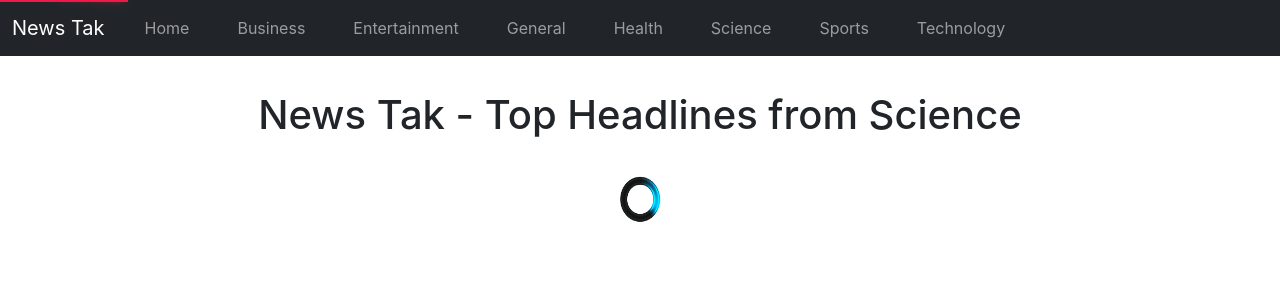
Repository: Rohit-foryou/News-website
Page: /science
These files come from the project's save history. The page is drawn as it stood at one moment and after the next save; the edit follows.
The browser window is 1280 px wide. The pictures show the whole page.
The page's requests for data from a server got no answer. The project was rebuilt for these pictures with package versions that can differ from the ones it lists, and the page was loaded fresh each time. No one was signed in, and anything a server would have sent is missing. Also part of the build but not shown: src/Components/NewsItem.js.

Above is the page before, as saved 2024-01-11 22:43:15.

### public/index.html
<!DOCTYPE html>
<html lang="en">
  <head>
    <meta charset="utf-8" />
    <link rel="icon" href="%PUBLIC_URL%/favicon.ico" />
    <meta name="viewport" content="width=device-width, initial-scale=1" />
    <meta name="theme-color" content="#000000" />
    <meta
      name="description"
      content="News Tak is used to see latest news fast and easy"
    />
    <link rel="apple-touch-icon" href="%PUBLIC_URL%/logo192.png" />
    <!--
      manifest.json provides metadata used when your web app is installed on a
      user's mobile device or desktop. See https://developers.google.com/web/fundamentals/web-app-manifest/
    -->
    <link rel="manifest" href="%PUBLIC_URL%/manifest.json" />
    <!--
      Notice the use of %PUBLIC_URL% in the tags above.
      It will be replaced with the URL of the `public` folder during the build.
      Only files inside the `public` folder can be referenced from the HTML.

      Unlike "/favicon.ico" or "favicon.ico", "%PUBLIC_URL%/favicon.ico" will
      work correctly both with client-side routing and a non-root public URL.
      Learn how to configure a non-root public URL by running `npm run build`.
    -->
    <title>News Tak</title>
    <link href="https://cdn.jsdelivr.net/npm/bootstrap@5.3.2/dist/css/bootstrap.min.css" rel="stylesheet" integrity="sha384-T3c6CoIi6uLrA9TneNEoa7RxnatzjcDSCmG1MXxSR1GAsXEV/Dwwykc2MPK8M2HN" crossorigin="anonymous">
  </head>
  <body>
    <noscript>You need to enable JavaScript to run this app.</noscript>
    <div id="root"></div>
    <!--
      This HTML file is a template.
      If you open it directly in the browser, you will see an empty page.

      You can add webfonts, meta tags, or analytics to this file.
      The build step will place the bundled scripts into the <body> tag.

      To begin the development, run `npm start` or `yarn start`.
      To create a production bundle, use `npm run build` or `yarn build`.
    -->
    <script src="https://cdn.jsdelivr.net/npm/bootstrap@5.3.2/dist/js/bootstrap.bundle.min.js" integrity="sha384-C6RzsynM9kWDrMNeT87bh95OGNyZPhcTNXj1NW7RuBCsyN/o0jlpcV8Qyq46cDfL" crossorigin="anonymous"></script>
  </body>
</html>

### src/App.js
import React, { Component } from 'react';
import NavBar from './Components/NavBar';
import News from './Components/News';
import {
  BrowserRouter,
  Route,
  Routes,
} from "react-router-dom";
import LoadingBar from 'react-top-loading-bar'

export class App extends Component {
  pageSize=9;

  state = {
    progress: 0
  }
  setProgress = (progress)=>{
    this.setState({progress: progress})
  }


  render() {
    return (
      <div>
        <BrowserRouter>
          <NavBar />
        <LoadingBar
        color='#f11946'
        progress={this.state.progress}/>
          <Routes>
            <Route exact path='/' element={<News setProgress={this.setProgress}  key="general"pageSize={this.pageSize} country='in' category='general' />} />
            <Route exact path='/business' element={<News setProgress={this.setProgress}  key="business"pageSize={this.pageSize} country='in' category='business' />} />
            <Route exact path='/entertainment' element={<News setProgress={this.setProgress}  key="entertainment"pageSize={this.pageSize} country='in' category='entertainment' />} />
            <Route exact path='/general' element={<News setProgress={this.setProgress}  key="general"pageSize={this.pageSize} country='in' category='general' />} />
            <Route exact path='/health' element={<News setProgress={this.setProgress}  key="health"pageSize={this.pageSize} country='in' category='health' />} />
            <Route exact path='/science' element={<News setProgress={this.setProgress}  key="science"pageSize={this.pageSize} country='in' category='science' />} />
            <Route exact path='/sports' element={<News setProgress={this.setProgress}  key="sports"pageSize={this.pageSize} country='in' category='sports' />} />
            <Route exact path='/technology' element={<News setProgress={this.setProgress}  key="technology"pageSize={this.pageSize} country='in' category='technology' />} />
          </Routes>
        </BrowserRouter>
      </div>
    );
  }
}

export default App;

### src/Components/NavBar.js
import React from "react";
import { Link } from "react-router-dom";

const NavBar = () => {

  return (
    <div>
      <nav className="navbar navbar-expand-lg navbar-dark bg-dark">
        <div className="container-fluid">
          <Link className="navbar-brand" to="/">
            News Tak
          </Link>
          <button
            className="navbar-toggler"
            type="button"
            data-bs-toggle="collapse"
            data-bs-target="#navbarSupportedContent"
            aria-controls="navbarSupportedContent"
            aria-expanded="false"
            aria-label="Toggle navigation"
          >
            <span className="navbar-toggler-icon"></span>
          </button>
          <div
            className="collapse navbar-collapse"
            id="navbarSupportedContent"
          >
            <ul className="navbar-nav me-auto mb-2 mb-lg-0">
              <li className="nav-item mx-3">
                <Link className="nav-link" aria-current="page" to="/">
                  Home
                </Link>
              </li>
              <li className="nav-item mx-3">
                <Link className="nav-link" to="/business">
                  Business
                </Link>
              </li>
              <li className="nav-item mx-3">
                <Link className="nav-link" to="/entertainment">
                  Entertainment
                </Link>
              </li>
              <li className="nav-item mx-3">
                <Link className="nav-link" to="/general">
                  General
                </Link>
              </li>
              <li className="nav-item mx-3">
                <Link className="nav-link" to="/health">
                  Health
                </Link>
              </li>
              <li className="nav-item mx-3">
                <Link className="nav-link" to="/science">
                  Science
                </Link>
              </li>
              <li className="nav-item mx-3">
                <Link className="nav-link" to="/sports">
                  Sports
                </Link>
              </li>
              <li className="nav-item mx-3">
                <Link className="nav-link" to="/technology">
                  Technology
                </Link>
              </li>
            </ul>
          </div>
        </div>
      </nav>
    </div>
  );

}

export default NavBar

### src/Components/News.js
import React, {useEffect, useState} from "react";
import NewsItem from "./NewsItem";
import Spinner from "./Spinner";
import PropTypes from 'prop-types'
import InfiniteScroll from "react-infinite-scroll-component";

const News = (props) => {

  const [articles, setArticles] = useState([]);
  const [loading, setLoading] = useState(true);
  const [page, setPage] = useState(1);
  const [totalResults, setTotalResults] = useState(0);
  const [pageSize, setPageSize] = useState(props.pageSize);


  // document.title = `${capitalizeFirstLetter(props.category)} - News Tak`;

  const capitalizeFirstLetter = (string) => {
    return string.charAt(0).toUpperCase() + string.slice(1);
  }

  const update = async() => {
    props.setProgress(10);
    const url = `https://newsapi.org/v2/top-headlines?country=${props.country}&category=${props.category}&apiKey=fa3dbec13bb44cd2a222250b4aea8871&page=${page}&pageSize=${props.pageSize}`;

    setLoading(true);
    let data = await fetch(url);
    props.setProgress(30);
    let parsedData = await data.json();
    props.setProgress(70);
    setArticles(parsedData.articles);
    setTotalResults(parsedData.totalResults);
    setLoading(false);

    props.setProgress(100);

  };

  useEffect(() => {
    update();
  }, []);


 const handleNextClick = async () => {
    setPage(page+1);
    update();

  };


 const handlePrevClick = async () => {
    setPage(page-1);
    update();
  };


  const fetchMoreData = async () => {
    setPage(page + 1);
    const url = `https://newsapi.org/v2/top-headlines?country=${props.country}&category=${props.category}&apiKey=fa3dbec13bb44cd2a222250b4aea8871&page=${page - 1}&pageSize=${pageSize}`;

    let data = await fetch(url);
    let parsedData = await data.json();
    setArticles((prevArticles) =>
      (prevArticles || []).concat(parsedData.articles)
    );
    setTotalResults(parsedData.totalResults);
  };






    return (
      <>
        <h1 className="text-center" style={{ margin: '35px 0px' }}>News Tak - Top Headlines from {capitalizeFirstLetter(props.category)}</h1>
        {loading && <Spinner/>}

        <InfiniteScroll
          dataLength={articles.length}
          next={fetchMoreData}
          hasMore={articles.length !== totalResults}
          loader={<Spinner />}>

          <div className="container">
            <div className="row">
              {articles.map((element) => {
                return (
                  <div className="col-md-4" key={element.url}>
                    <NewsItem
                      title={element.title ? element.title.slice(0, 100) : ""}
                      description={
                        element.description ? element.description.slice(0, 83) : ""
                      }
                      imgUrl={element.urlToImage}
                      newsUrl={element.url}
                      author={element.author}
                      date={element.publishedAt}
                      source={element.source.name}
                    />
                  </div>
                );
              })}
            </div>
          </div>
        </InfiniteScroll>

      </>
    );
}

News.defaultProps = {
  country: 'in',
  pageSize: 8,
  category: 'general',
  totalResults: 0,
}

News.propTypes = {
  country: PropTypes.string,
  pageSize: PropTypes.number,
  category: PropTypes.string,
}

export default News;

### src/Components/Spinner.js
import React from 'react';
import loading from './loading.gif';

const Spinner = ()=>{

    return (
      <div className='text-center my-3'>
        <img src={loading} alt="loading" style={{ width: '50px', height: '50px' }} />
      </div>
    );

}

export default Spinner

Loaded but not shown: src/index.js (common file); src/index.css (common file); src/reportWebVitals.js (common file)

After the next save:
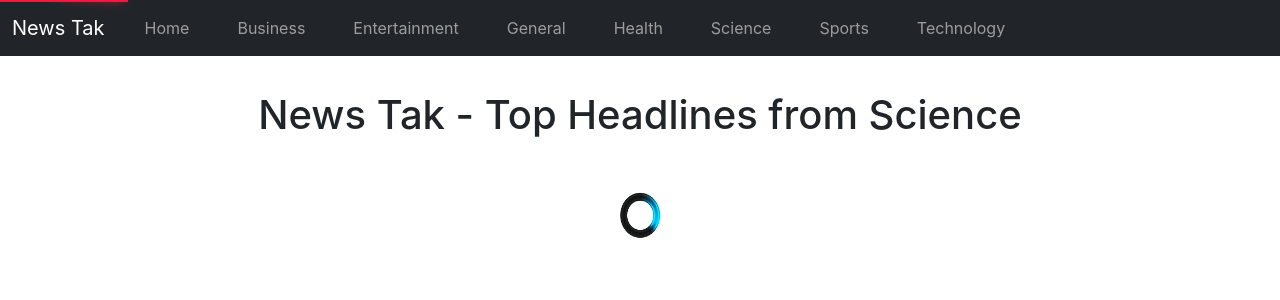
Saved 100 s later.
--- a/src/Components/News.js
+++ b/src/Components/News.js
@@ -1,94 +1,112 @@
-import React, {useEffect, useState} from "react";
+import React, { Component } from "react";
 import NewsItem from "./NewsItem";
 import Spinner from "./Spinner";
 import PropTypes from 'prop-types'
 import InfiniteScroll from "react-infinite-scroll-component";
 
-const News = (props) => {
 
-  const [articles, setArticles] = useState([]);
-  const [loading, setLoading] = useState(true);
-  const [page, setPage] = useState(1);
-  const [totalResults, setTotalResults] = useState(0);
-  const [pageSize, setPageSize] = useState(props.pageSize);
+export class News extends Component {
 
+  static defaultProps = {
+    country: 'in',
+    pageSize: 8,
+    category: 'general',
+    totalResults: 0,
+  }
 
-  // document.title = `${capitalizeFirstLetter(props.category)} - News Tak`;
+  static propTypes = {
+    country: PropTypes.string,
+    pageSize: PropTypes.number,
+    category: PropTypes.string,
+  }
 
-  const capitalizeFirstLetter = (string) => {
+  capitalizeFirstLetter = (string) => {
     return string.charAt(0).toUpperCase() + string.slice(1);
   }
 
-  const update = async() => {
-    props.setProgress(10);
-    const url = `https://newsapi.org/v2/top-headlines?country=${props.country}&category=${props.category}&apiKey=fa3dbec13bb44cd2a222250b4aea8871&page=${page}&pageSize=${props.pageSize}`;
-
-    setLoading(true);
-    let data = await fetch(url);
-    props.setProgress(30);
-    let parsedData = await data.json();
-    props.setProgress(70);
-    setArticles(parsedData.articles);
-    setTotalResults(parsedData.totalResults);
-    setLoading(false);
-
-    props.setProgress(100);
-
-  };
-
-  useEffect(() => {
-    update();
-  }, []);
+  constructor(props) {
+    super(props);
+    // console.log("hello i am constructor");
+    this.state = {
+      articles: [],
+      loading: false,
+      page: 1,
+    };
+    document.title = `${this.capitalizeFirstLetter(this.props.category)} - News Tak`;
+  }
 
 
- const handleNextClick = async () => {
-    setPage(page+1);
-    update();
+
+  async componentDidMount() {
+    this.update();
+  }
+
+  handleNextClick = async () => {
+    this.setState({ page: this.state.page + 1 });
+    this.update();
 
   };
 
 
- const handlePrevClick = async () => {
-    setPage(page-1);
-    update();
+  handlePrevClick = async () => {
+    this.setState({ page: this.state.page - 1 });
+    this.update();
+  };
+
+  async update() {
+    this.props.setProgress(10);
+    const url = `https://newsapi.org/v2/top-headlines?country=${this.props.country}&category=${this.props.category}&apiKey=fa3dbec13bb44cd2a222250b4aea8871&page=${this.state.page - 1}&pageSize=${this.props.pageSize}`;
+
+    this.setState({ loading: true });
+    let data = await fetch(url);
+    this.props.setProgress(30);
+    let parsedData = await data.json();
+    this.props.setProgress(70);
+
+    this.setState({
+      totalResults: parsedData.articles,
+      articles: parsedData.articles,
+      loading: false,
+    });
+    this.props.setProgress(100);
+
+  };
+
+  fetchMoreData = async () => {
+    this.setState({ page: this.state.page + 1 })
+    const url = `https://newsapi.org/v2/top-headlines?country=${this.props.country}&category=${this.props.category}&apiKey=fa3dbec13bb44cd2a222250b4aea8871&page=${this.state.page - 1}&pageSize=${this.props.pageSize}`;
+
+    this.setState({ loading: true });
+    let data = await fetch(url);
+    let parsedData = await data.json();
+
+    this.setState({
+      totalResults: parsedData.totalResults,
+      articles: this.state.articles.concat(parsedData.articles),
+      loading: false,
+    });
   };
 
 
-  const fetchMoreData = async () => {
-    setPage(page + 1);
-    const url = `https://newsapi.org/v2/top-headlines?country=${props.country}&category=${props.category}&apiKey=fa3dbec13bb44cd2a222250b4aea8871&page=${page - 1}&pageSize=${pageSize}`;
-
-    let data = await fetch(url);
-    let parsedData = await data.json();
-    setArticles((prevArticles) =>
-      (prevArticles || []).concat(parsedData.articles)
-    );
-    setTotalResults(parsedData.totalResults);
-  };
-
-
-
-
-
-
+  render() {
     return (
       <>
-        <h1 className="text-center" style={{ margin: '35px 0px' }}>News Tak - Top Headlines from {capitalizeFirstLetter(props.category)}</h1>
-        {loading && <Spinner/>}
+        <h1 className="text-center" style={{ margin: '35px 0px' }}>News Tak - Top Headlines from {this.capitalizeFirstLetter(this.props.category)}</h1>
+        {/* {this.state.loading && <Spinner/>} */}
 
         <InfiniteScroll
-          dataLength={articles.length}
-          next={fetchMoreData}
-          hasMore={articles.length !== totalResults}
+          dataLength={this.state.articles.length}
+          next={this.fetchMoreData}
+          hasMore={this.state.articles.length !== this.state.totalResults}
           loader={<Spinner />}>
 
           <div className="container">
             <div className="row">
-              {articles.map((element) => {
+              {this.state.articles.map((element) => {
                 return (
                   <div className="col-md-4" key={element.url}>
                     <NewsItem
-                      title={element.title ? element.title.slice(0, 100) : ""}
+                      title={element.title ? element.title.slice(0, 4) : ""}
                       description={
                         element.description ? element.description.slice(0, 83) : ""
                       }
@@ -107,19 +125,7 @@ const News = (props) => {
 
       </>
     );
-}
-
-News.defaultProps = {
-  country: 'in',
-  pageSize: 8,
-  category: 'general',
-  totalResults: 0,
-}
-
-News.propTypes = {
-  country: PropTypes.string,
-  pageSize: PropTypes.number,
-  category: PropTypes.string,
+  }
 }
 
 export default News;
